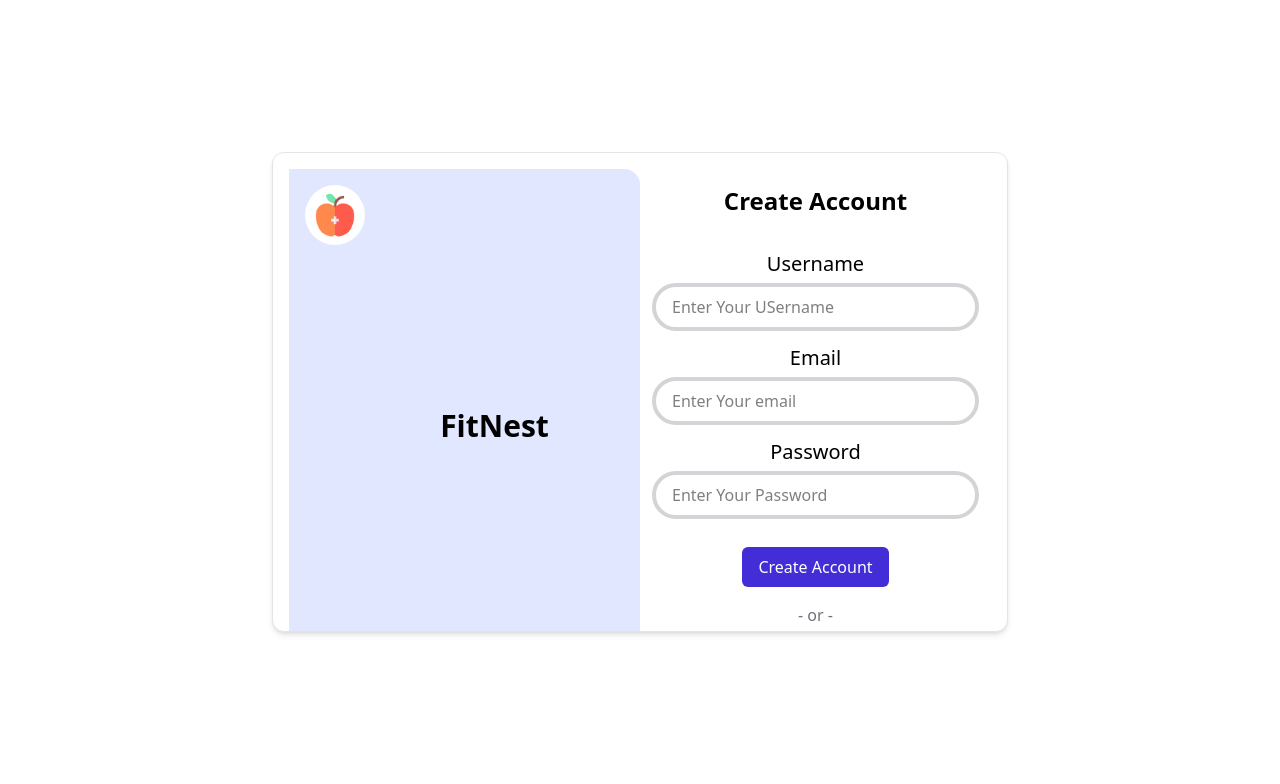
Repository: aryan151pratap/FitPanda
Page: / (app in frontened/)
The author's editor kept a copy of each file at every save. The page is drawn from the files as they stood at one save, then again after the next save.
The browser window is 1280 px wide. The pictures show the whole page.
The project was rebuilt for these pictures with package versions that can differ from the ones it lists, and the page was loaded fresh each time. Also part of the build but not shown: frontened/vite.config.js, frontened/src/login/login.jsx.

Above is the page before, as saved 2025-06-03 22:54:57.

### frontened/src/App.jsx
import { useState } from 'react'
import './App.css'
import Page_1 from './components/page_1';
import Sign_up from './login/sign_up';

function App() {
  const [count, setCount] = useState(0)

  return (
    <>
    <div className=''>
      <Sign_up/>
      <Page_1/>
    </div>
    </>
  )
}

export default App

### frontened/src/components/page_1.jsx
function Page_1(){
	return(
		<>
		<div className="">

		</div>
		</>
	)
}

export default Page_1;

### frontened/src/login/sign_up.jsx
import Login from './login';
import apple from '../image/apple.png';

function Sign_up(){
	return(
		<>
		<div className="w-full h-screen px-20 py-20 md:px-60 md:py-30">
			<div className="w-full h-full">
				<div className="w-full h-full bg-white grid grid-cols-2 rounded-xl overflow-hidden p-4 shadow-md border-1 border-zinc-200">
					<div className="bg-indigo-100 p-4 text-indigo-300 rounded-b-2xl rounded-tr-2xl flex">
						<div className='flex shrink-0'>
							<img src={apple} alt="" className='h-15 w-15 p-2 bg-white rounded-full'/>
						</div>
						<div className="w-full flex justify-center font-bold text-black text-3xl gap-4 items-center">
							<p>FitNest</p>
						</div>
					</div>

					<div className="w-full h-full flex flex-col">
						<div className="w-full rounded-full p-4 ">
							<p className="text-2xl w-full flex justify-center font-bold">Create Account</p>
						</div>
						<form action="" className="h-full p-4 flex flex-col gap-4 justify-center">
							<div className="flex flex-col gap-2">
								<label htmlFor="" className="px-2 text-[20px]">Username</label>
								<input type="text" placeholder="Enter Your USername" className="px-4 py-2 w-full outline-4 rounded-full outline-zinc-300"/>
							</div>
							<div className="flex flex-col gap-2">
								<label htmlFor="" className="px-2 text-[20px]">Email</label>
								<input type="text" placeholder="Enter Your email" className="px-4 py-2 w-full outline-4 rounded-full outline-zinc-300"/>
							</div>
							<div className="flex flex-col gap-2">
								<label htmlFor="" className="px-2 text-[20px]">Password</label>
								<input type="text" placeholder="Enter Your Password" className="px-4 py-2 w-full outline-4 rounded-full outline-zinc-300"/>
							</div>
						</form>
						<div className="w-full p-4 flex flex-wrap gap-4 justify-center">
							<button className="px-4 py-2 rounded-md text-white bg-indigo-700 hover:bg-indigo-900 cursor-pointer"><span>Create Account</span></button>

							<p className="w-full flex justify-center text-zinc-500">- or -</p>
							<div className="w-full flex justify-center">
								<p>Already have an account <button className="text-blue-600 hover:underline"
								>Login</button></p>
							</div>
						</div>
					</div>
				</div>
			</div>
		</div>
		</>
	)
}

export default Sign_up;

Loaded but not shown: frontened/index.html (common file); frontened/src/main.jsx (common file); frontened/src/App.css (common file)

After the next save:
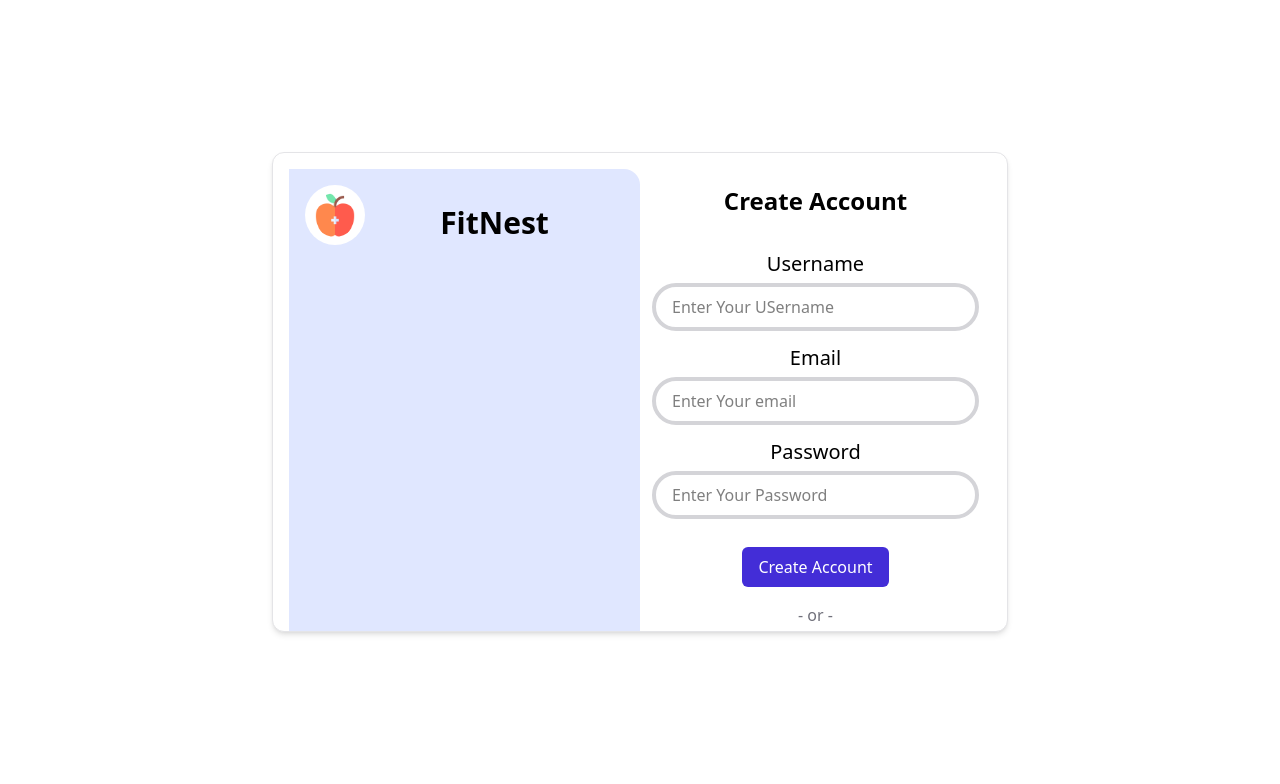
Saved 8 s later.
--- a/frontened/src/login/sign_up.jsx
+++ b/frontened/src/login/sign_up.jsx
@@ -11,7 +11,7 @@ function Sign_up(){
 						<div className='flex shrink-0'>
 							<img src={apple} alt="" className='h-15 w-15 p-2 bg-white rounded-full'/>
 						</div>
-						<div className="w-full flex justify-center font-bold text-black text-3xl gap-4 items-center">
+						<div className="w-full flex justify-center font-bold text-black text-3xl gap-4 py-5">
 							<p>FitNest</p>
 						</div>
 					</div>
